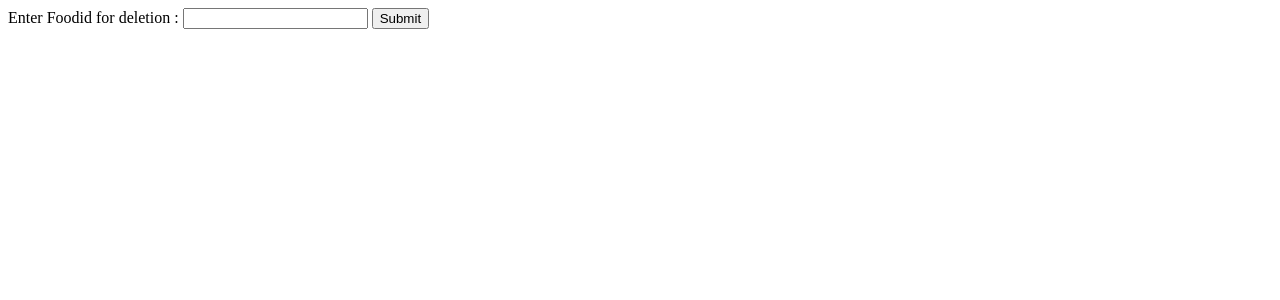
Repository: My-POC-Workspace/HibernateWorkSpace
Page: http://localhost/Mini_Project/DeleteUser.jsp
These files come from the project's save history. The page is drawn as it stood at one moment and after the next save; the edit follows.
The browser window is 1280 px wide. The pictures show the whole page.
The page is served by Tomcat 9.

Above is the page before, as saved 2022-09-19 10:13:34.

After the next save:
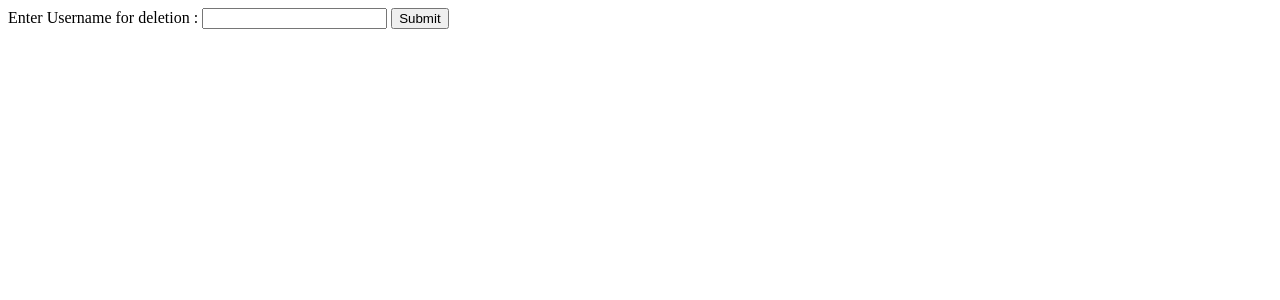
Saved 7 s later.
--- a/Mini Project/src/main/webapp/DeleteUser.jsp
+++ b/Mini Project/src/main/webapp/DeleteUser.jsp
@@ -8,7 +8,7 @@
 </head>
 <body>
 	<form action="UserServlet" method="post">
-		<label>Enter Foodid for deletion : </label> <input type="number"id="delFood" name="delfood"> <input type=submit>
+		<label>Enter Username for deletion : </label> <input type="number"id="delFood" name="delfood"> <input type=submit>
 			<input type="hidden" name="act" value="DeleteFood">
 	</form>
 </body>
